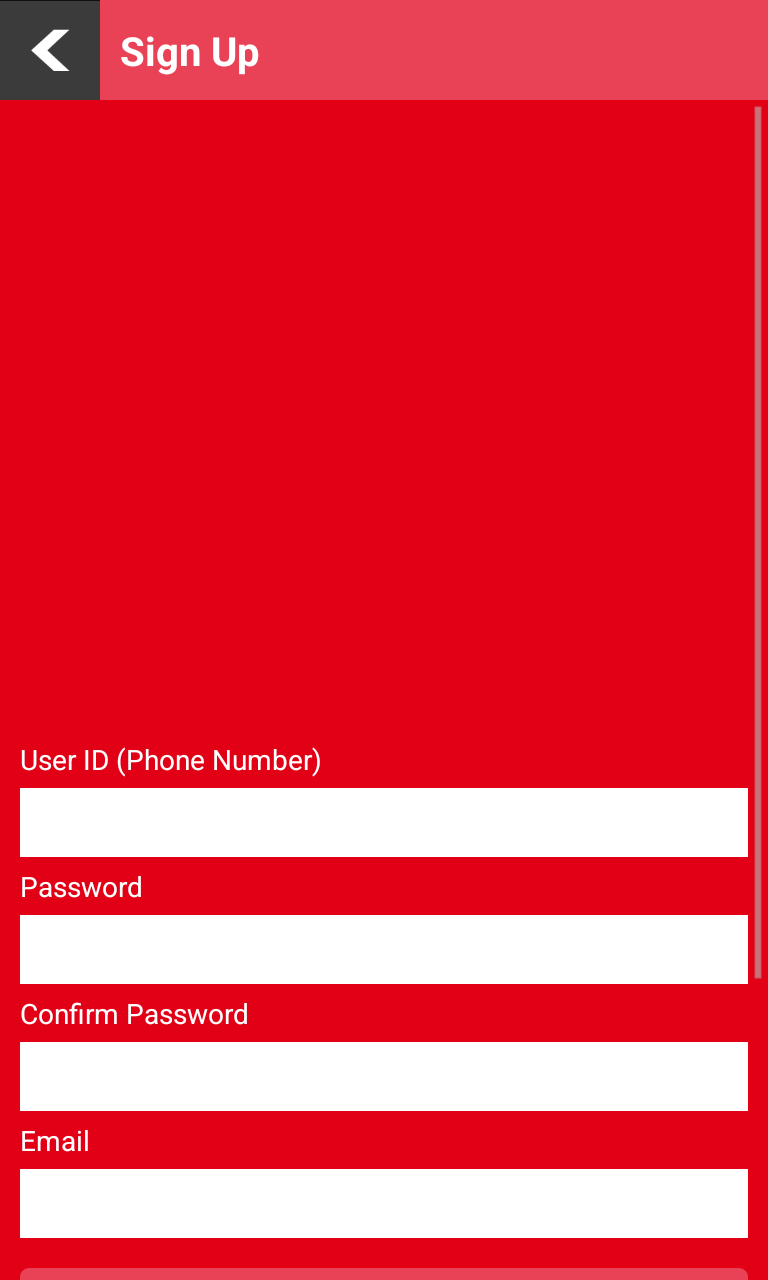
Repository: e0176881/ezdr
Layout: ezDR/res/layout/register.xml
The author's editor kept a copy of each file at every save. The layout is drawn from the files as they stood at one save, then again after the next save.
It is drawn on a 768 x 1280 px phone screen (xhdpi) without system bars, with theme AppTheme; the app's code is not run.

Above is the layout before, as saved 2014-08-22 13:18:09.

### ezDR/res/layout/register.xml
<?xml version="1.0" encoding="utf-8"?>
<RelativeLayout
xmlns:android="http://schemas.android.com/apk/res/android"
  android:layout_width="match_parent"
  android:layout_height="match_parent"
  android:fillViewport="true"
  android:background="#E10015">


  <RelativeLayout
    android:id="@+id/top"
    android:layout_width="match_parent"
    android:layout_height="wrap_content"
    android:background="@drawable/homebar"

     >

        <ImageButton
                   android:id="@+id/imageButton1"
                   android:layout_width="50dp"
                   android:layout_height="50dp"
                   android:scaleType="fitXY"
                   android:src="@drawable/leftbutton"
                   android:background="#00FFFFFF" />
    <TextView
        android:layout_alignParentLeft="true"
        android:layout_width="wrap_content"
        android:layout_height="wrap_content"
        android:layout_centerInParent="true"
        android:layout_marginLeft="60dip"
        android:gravity="center"
        android:textColor="#FFFFFF"
        android:text="Sign Up"
        android:textStyle="bold"
        android:textSize="20dip"
        android:id="@+id/pagename"
        />



  </RelativeLayout>
<ScrollView
        android:layout_below="@+id/top"
  android:layout_width="fill_parent"
  android:layout_height="fill_parent"
  android:fillViewport="true"
  android:background="#E10015">
  <RelativeLayout
        android:layout_width="fill_parent"
        android:layout_height="wrap_content" android:background="#E10015">

        <!--  Header  Starts-->
        <LinearLayout android:id="@+id/header"
                android:layout_width="fill_parent"
                android:layout_height="wrap_content"

                android:paddingTop="5dip"
                android:paddingBottom="5dip">
                <!-- Logo Start-->
                       <ImageView
                android:id="@+id/ImageView3_Left"
                android:layout_width="match_parent"
                android:layout_height="300sp"

                ></ImageView>
                <!-- Logo Ends -->
        </LinearLayout>
        <!--  Header Ends -->
        <!-- Footer Start -->
        <LinearLayout android:id="@+id/footer"
            android:orientation="horizontal"
                android:layout_width="fill_parent"
                android:layout_height="90dip"

                android:layout_alignParentBottom="true">
        </LinearLayout>
        <!-- Footer Ends -->

        <!-- Registration Form -->
        <LinearLayout
          android:orientation="vertical"
          android:layout_width="match_parent"
          android:layout_height="wrap_content"
          android:padding="10dip"
          android:layout_below="@id/header">
          <!-- Full Name Label -->
          <TextView android:layout_width="fill_parent"
                android:layout_height="wrap_content"
                android:textColor="#FFFFFF"
                android:text="User ID (Phone Number)"
                android:id="@+id/lbusername"/>
          <EditText android:id="@+id/reg_username"
                android:layout_width="fill_parent"
                android:layout_height="wrap_content"
                android:layout_marginTop="5dip"
                android:singleLine="true"
                android:layout_marginBottom="5dip"
                android:padding="5dp"
                android:background="#FFFFFF"/>
          <!--  Email Label -->

          <!-- Password Label -->
          <TextView android:layout_width="fill_parent"
                android:layout_height="wrap_content"
                android:textColor="#FFFFFF"
                android:text="Password"
                android:id="@+id/lbpassword"/>
          <EditText android:id="@+id/reg_password"
                android:layout_width="fill_parent"
                android:layout_height="wrap_content"
                android:password="true"
                android:singleLine="true"
                android:layout_marginBottom="5dip"
                android:layout_marginTop="5dip"
                android:background="#FFFFFF"
                android:padding="5dp"/>

           <!-- CfmPassword Label -->
          <TextView android:layout_width="fill_parent"
                android:layout_height="wrap_content"
                android:textColor="#FFFFFF"
                android:text="Confirm Password"
                android:id="@+id/lbconfirmpassword"/>
          <EditText android:id="@+id/reg_cfmpassword"
                android:layout_width="fill_parent"
                android:layout_height="wrap_content"
                android:password="true"
                android:singleLine="true"
                android:layout_marginBottom="5dip"
                android:layout_marginTop="5dip"
                android:background="#FFFFFF"
                android:padding="5dp"/>
           <!-- Email Label -->
          <TextView android:layout_width="fill_parent"
                android:layout_height="wrap_content"
                android:textColor="#FFFFFF"
                android:text="Email"
                android:id="@+id/lbemail"/>
          <EditText android:id="@+id/reg_email"
                android:layout_width="fill_parent"
                android:layout_height="wrap_content"
                android:padding="5dp"
                android:singleLine="true"
                android:layout_marginBottom="5dip"
                android:layout_marginTop="5dip"
                android:background="#FFFFFF"/>

          <!-- Register Button -->



            <Button android:id="@+id/btnRegister"

                  android:layout_width="fill_parent"
                android:layout_height="wrap_content"
                android:layout_marginTop="10dip"
android:alpha="1"
android:background="@drawable/buttonstyle"
android:textSize="20dip"
                android:text="Register"
/>
           <Button android:id="@+id/link_to_login"
                  android:layout_width="fill_parent"
                android:layout_height="wrap_content"
                android:layout_marginTop="10dip"
                android:text="Login"
android:alpha="1"
android:textSize="20dip"
android:background="@drawable/buttonstyle" />


   <Button android:id="@+id/link_to_register2"
                     android:src="@drawable/forgotpwd"
                android:layout_width="fill_parent"
                android:layout_height="wrap_content"
                android:layout_marginTop="10dip"
                android:layout_marginBottom="10dip"
                android:text="Forgot Password"
                android:gravity="center"
                android:textSize="20dip"
                               android:alpha="1"

android:background="@drawable/buttonstyle"
                                 android:scaleType="fitXY"/>

          <!-- Link to Login Screen -->



 <TextView

		android:id="@+id/TextViewaaa"
		android:layout_width="wrap_content"
		android:layout_height="wrap_content">
	</TextView>
        </LinearLayout>
        <!-- Registration Form Ends -->

  </RelativeLayout>
</ScrollView>
</RelativeLayout>

### ezDR/res/values/styles.xml
<resources>

    <!--
        Base application theme, dependent on API level. This theme is replaced
        by AppBaseTheme from res/values-vXX/styles.xml on newer devices.
    -->
    <style name="AppBaseTheme" parent="android:Theme.Light">
        <!--
            Theme customizations available in newer API levels can go in
            res/values-vXX/styles.xml, while customizations related to
            backward-compatibility can go here.
        -->
    </style>

    <!-- Application theme. -->
    <style name="AppTheme" parent="AppBaseTheme">
        <!-- All customizations that are NOT specific to a particular API-level can go here. -->
    </style>
 <style name="ImageTitle">
        <item name="android:layout_width">fill_parent</item>
        <item name="android:layout_height">50dp</item>
        <item name="android:layout_alignParentBottom">true</item>
        <item name="android:background">#99000000</item>
        <item name="android:gravity">center</item>
        <item name="android:maxLines">2</item>
        <item name="android:textColor">#fff</item>
        <item name="android:textStyle">bold</item>
        <item name="android:textSize">18dp</item>
        <item name="android:typeface">sans</item>
    </style>

     <style name="ButtonContainer">
        <item name="android:layout_width">fill_parent</item>
        <item name="android:layout_height">50dp</item>
        <item name="android:layout_alignParentTop">true</item>
        <item name="android:background">#99000000</item>
        <item name="android:gravity">center</item>
    </style>
</resources>

### ezDR/res/drawable/homebar.xml
<?xml version="1.0" encoding="utf-8"?>
<shape xmlns:android="http://schemas.android.com/apk/res/android">
    <gradient xmlns:android="http://schemas.android.com/apk/res/android" android:startColor="#e94256" android:endColor="#e94256" android:angle="90" android:bottom="450sp">
    </gradient>
</shape>

### ezDR/res/drawable/buttonstyle.xml
<?xml version="1.0" encoding="utf-8"?>
<selector xmlns:android="http://schemas.android.com/apk/res/android">
    <item android:state_pressed="true" >
        <shape>
            <solid
                android:color="#e94256" />
            <stroke
                android:width="1dp"
                android:color="#e94256" />
            <corners
                android:radius="3dp" />
            <padding
                android:left="10dp"
                android:top="10dp"
                android:right="10dp"
                android:bottom="10dp" />
        </shape>
    </item>
    <item>
        <shape>
            <gradient
                android:startColor="#e94256"
                android:endColor="#e94256"
                android:angle="270" />
            <stroke
                android:width="1dp"
                android:color="#e94256" />
            <corners
                android:radius="4dp" />
            <padding
                android:left="10dp"
                android:top="10dp"
                android:right="10dp"
                android:bottom="10dp" />
        </shape>
    </item>
</selector>

Loaded but not shown: ezDR/res/values-v11/styles.xml (common file); ezDR/res/values-v14/styles.xml (common file)

After the next save:
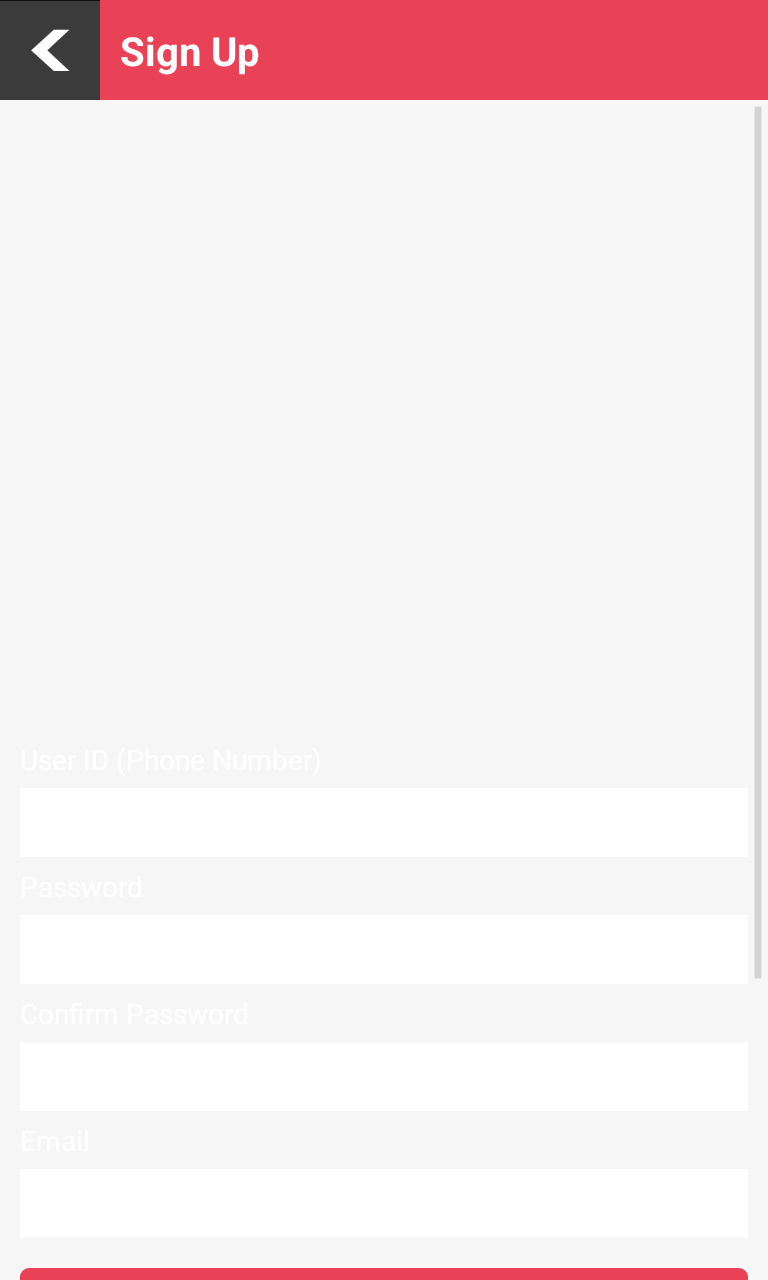
Saved 18 s later.
--- a/ezDR/res/layout/register.xml
+++ b/ezDR/res/layout/register.xml
@@ -44,10 +44,10 @@
   android:layout_width="fill_parent"
   android:layout_height="fill_parent"
   android:fillViewport="true"
-  android:background="#E10015">
+  android:background="#f5f6f5">
   <RelativeLayout
         android:layout_width="fill_parent"
-        android:layout_height="wrap_content" android:background="#E10015">
+        android:layout_height="wrap_content" android:background="#f5f6f5">
 
         <!--  Header  Starts-->
         <LinearLayout android:id="@+id/header"
